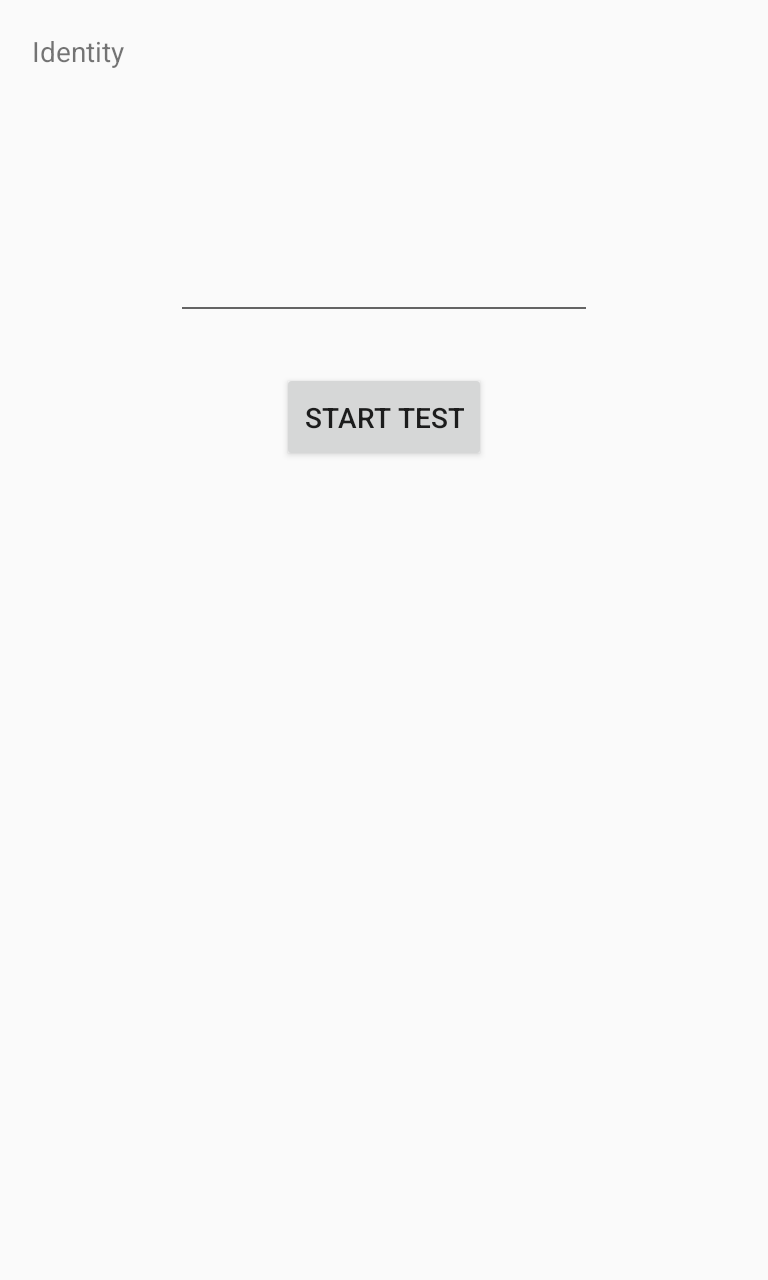
Repository: klund101/OticonHearingEvaluation
Layout: hearing_evaluation/res/layout/activity_identity.xml
These files come from the project's save history. The layout is drawn as it stood at one moment and after the next save; the edit follows.
It is drawn on a 768 x 1280 px phone screen (xhdpi) without system bars, with theme AppTheme; the app's code is not run.

Above is the layout before, as saved 2015-09-15 12:44:58.

After the next save:
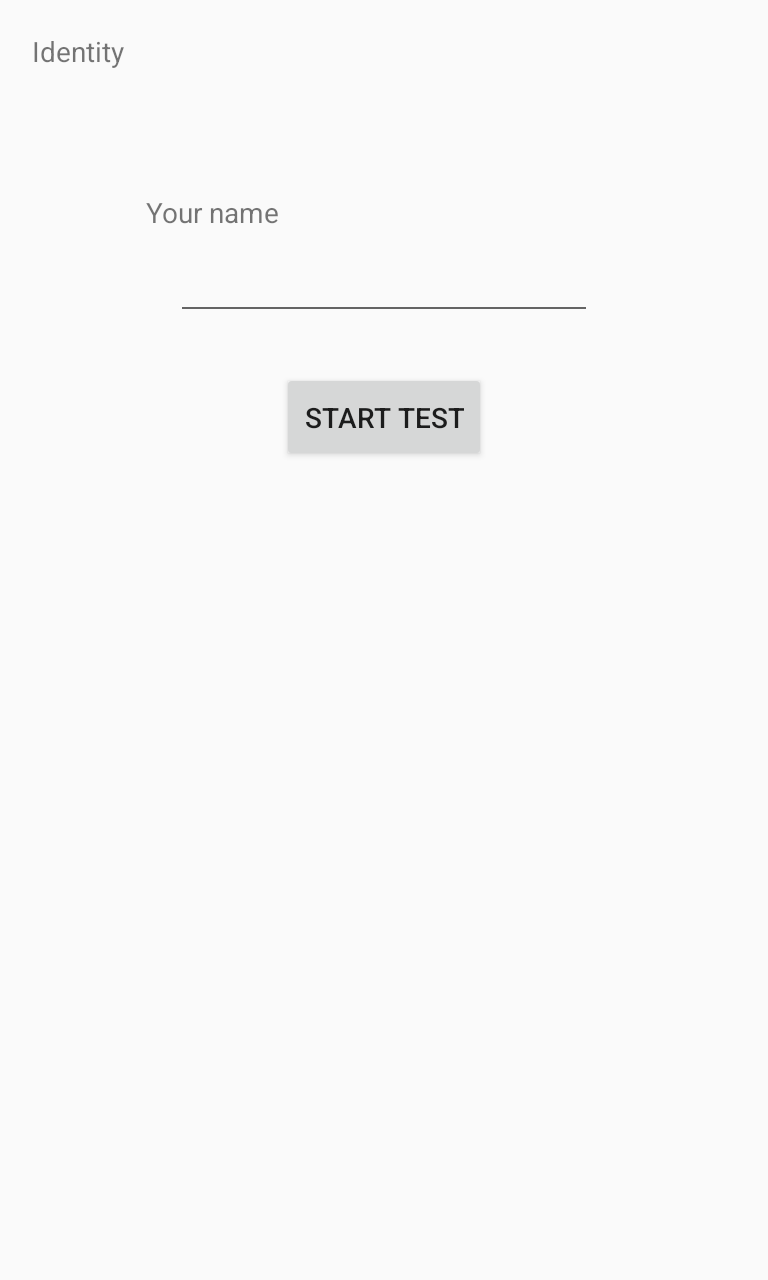
Saved 57 s later.
--- a/hearing_evaluation/res/layout/activity_identity.xml
+++ b/hearing_evaluation/res/layout/activity_identity.xml
@@ -33,4 +33,13 @@
         android:layout_marginTop="22dp"
         android:text="Start test" />
 
+    <TextView
+        android:id="@+id/textView2"
+        android:layout_width="wrap_content"
+        android:layout_height="wrap_content"
+        android:layout_alignBottom="@+id/editText1"
+        android:layout_marginBottom="47dp"
+        android:layout_toLeftOf="@+id/btnStartTest"
+        android:text="Your name" />
+
 </RelativeLayout>
